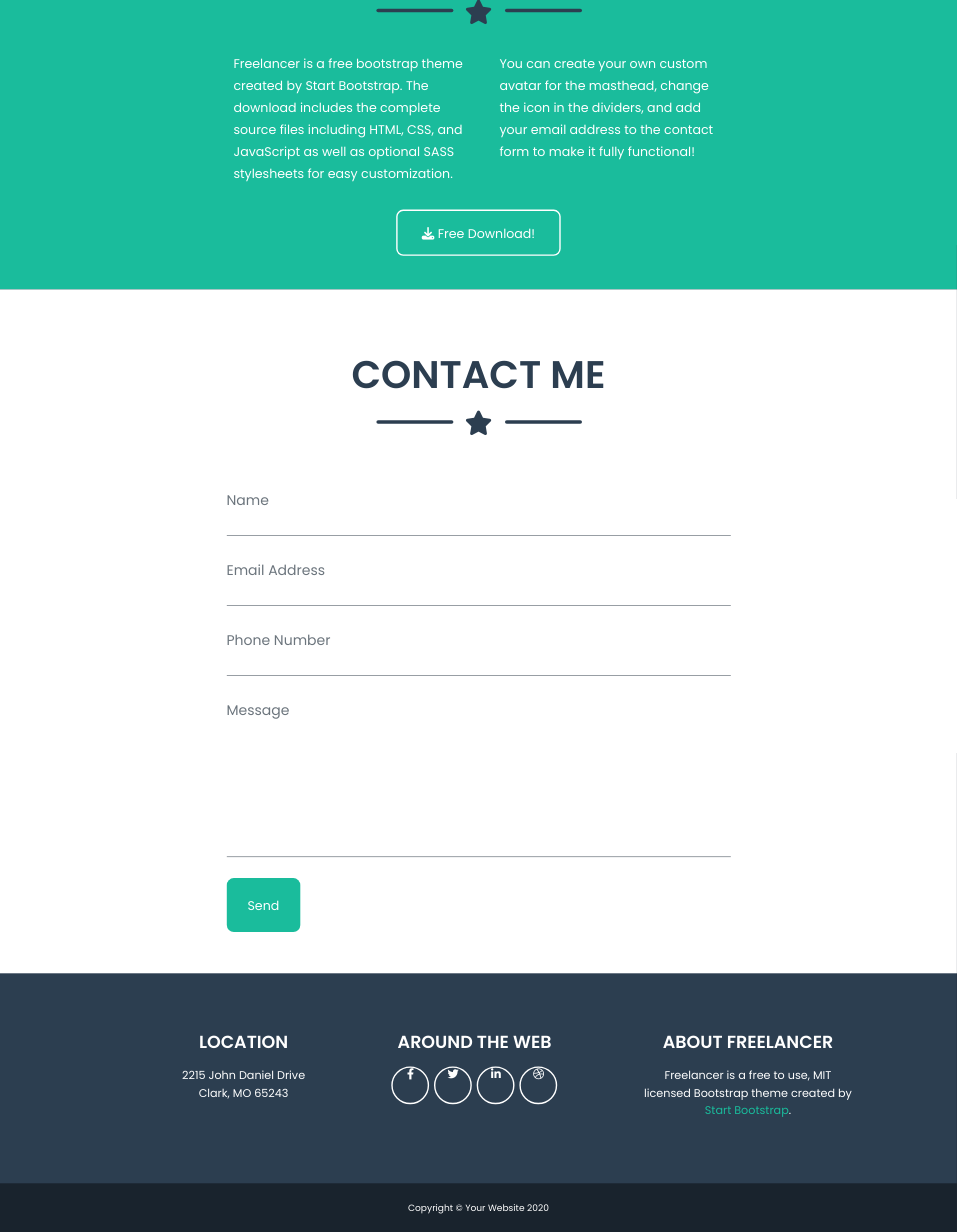
Repository: sSoRaK/web-cut-by-figma_train
Page: bai02/index.html
These files come from the project's save history. The page is drawn as it stood at one moment and after the next save; the edit follows.
The browser window is 1280 px wide. The page is 1367 px wide, so the pictures cover 1367 px, including what lies to the right of the window. The pictures show the part of the page from y = 1829 to 3589 px (the page is 3589 px tall), at 70% of full size.

Above is the page before, as saved 2023-06-02 15:52:40.

### bai02/index.html
<!DOCTYPE html>
<html lang="en">
  <head>
    <meta charset="UTF-8" />
    <meta http-equiv="X-UA-Compatible" content="IE=edge" />
    <meta name="viewport" content="width=device-width, initial-scale=1.0" />
    <title>Start Bootstrap</title>
    <link rel="stylesheet" href="./style.css" />
    <link
      href="https://fonts.googleapis.com/css2?family=Poppins:wght@100;200;300;400;500;600&display=swap"
      rel="stylesheet"
    />
    <link
      rel="stylesheet"
      href="https://cdnjs.cloudflare.com/ajax/libs/font-awesome/6.4.0/css/all.min.css"
      integrity="sha512-iecdLmaskl7CVkqkXNQ/ZH/XLlvWZOJyj7Yy7tcenmpD1ypASozpmT/E0iPtmFIB46ZmdtAc9eNBvH0H/ZpiBw=="
      crossorigin="anonymous"
      referrerpolicy="no-referrer"
    />
  </head>
  <body>
    <div class="container">
      <!-- header menu -->
      <header>
        <div class="header-logo">
          <h2>Start Bootstrap</h2>
        </div>
        <nav>
          <ul>
            <li><a href="#">PORTFOLIO</a></li>
            <li><a href="#">ABOUT</a></li>
            <li><a href="#">CONTACT</a></li>
          </ul>
        </nav>
      </header>
      <!-- header menu -->
      <!-- main -->
      <main>
        <!-- block 01 -->
        <section class="block01 start-bootstrap">
          <img
            src="./resources/avataaars.png"
            alt="avatar"
            srcset="./resources/avataaars.png 2x"
          />
          <h3>START BOOTSTRAP</h3>
          <div class="star-line">
            <i class="fa-solid fa-star"></i>
          </div>
          <p>Graphic Artist - Web Designer - Illustrator</p>
        </section>
        <!-- block 01 -->

        <!-- block 02 -->
        <section class="block02 portfolio">
          <h4>PORTFOLIO</h4>
          <div class="star-line">
            <i class="fa-solid fa-star"></i>
          </div>
          <div class="img-list">
            <img
              src="./resources/cabin.png"
              alt="cabin"
              srcset="./resources/cabin.png 2x"
            />
            <img
              src="./resources/cake.png"
              alt="cake"
              srcset="./resources/cake.png"
            />
            <img
              src="./resources/circus.png"
              alt="circus"
              srcset="./resources/circus.png 2x"
            />
            <img
              src="./resources/game.png"
              alt="game"
              srcset="./resources/game.png 2x"
            />
            <img
              src="./resources/safe.png"
              alt="safe"
              srcset="./resources/safe.png 2x"
            />
            <img
              src="./resources/submarine.png"
              alt="submarine"
              srcset="./resources/submarine.png 2x"
            />
          </div>
        </section>
        <!-- block 02 -->

        <!-- block 03 -->
        <section class="block03 about">
          <h4>ABOUT</h4>
          <div class="star-line">
            <i class="fa-solid fa-star"></i>
          </div>
          <div iv class="content">
            <div class="left-content">
              Freelancer is a free bootstrap theme created by Start Bootstrap.
              The download includes the complete source files including HTML,
              CSS, and JavaScript as well as optional SASS stylesheets for easy
              customization.
            </div>
            <div class="right-content">
              You can create your own custom avatar for the masthead, change the
              icon in the dividers, and add your email address to the contact
              form to make it fully functional!
            </div>
          </div>
          <button><i class="fa-solid fa-download"></i> Free Download!</button>
        </section>
        <!-- block 03 -->

        <!-- block 04 -->
        <section class="block04 contact-me">
          <h4>CONTACT ME</h4>
          <div class="star-line">
            <i class="fa-solid fa-star"></i>
          </div>
          <div class="form">
            <form action="#" method="post">
              <div class="block">
                <label for="name">Name</label>
                <input type="text" name="name" id="name" />
              </div>
              <div class="block">
                <label for="email">Email Address</label>
                <input type="email" name="email" id="email" />
              </div>
              <div class="block">
                <label for="phone-number">Phone Number</label>
                <input type="number" name="phone-number" id="phone-number" />
              </div>
              <div class="block">
                <label for="message">Message</label>
                <textarea
                  name="message"
                  id="message"
                  style="resize: none"
                ></textarea>
              </div>
              <div class="send-btn">
                <input type="submit" value="Send" />
              </div>
            </form>
          </div>
        </section>
        <!-- block 04 -->
      </main>
      <footer>
        <div class="wrapper">
          <div class="col">
            <h5>LOCATION</h5>
            <p>
              2215 John Daniel Drive <br />
              Clark, MO 65243
            </p>
          </div>
          <div class="col">
            <h5>AROUND THE WEB</h5>
            <div class="icon-web">
              <i class="fa-brands fa-facebook-f icon"></i>
              <i class="fa-brands fa-twitter icon"></i>
              <i class="fa-brands fa-linkedin-in icon"></i>
              <i class="fa-brands fa-dribbble icon"></i>
            </div>
          </div>
          <div class="col">
            <h5>ABOUT FREELANCER</h5>
            <p>
              Freelancer is a free to use, MIT <br />
              licensed Bootstrap theme created by <br />
              <span>Start Bootstrap</span>.
            </p>
          </div>
        </div>
        <p class="copyright-footer">Copyright &copy; Your Website 2020</p>
      </footer>
      <!-- main -->
    </div>
  </body>
</html>

### bai02/style.css
* {
  margin: 0;
  padding: 0;
  box-sizing: border-box;
  font-family: "Poppins", sans-serif;
  list-style: none;
  text-decoration: none;
}
body {
  background-color: #0e0e0e;
  height: 2400px;
}
.container {
  position: relative;
  width: 1367px;
  background-color: #2c3e50;
  margin: 0 auto;
}
/* header menu */
header {
  height: 100px;
  color: #ffffff;
  display: flex;
  justify-content: space-between;
  align-items: center;
  margin: 0 155px 0 130px;
}
.header-logo {
  text-transform: uppercase;
  font-weight: 700;
  font-size: 20px;
  cursor: pointer;
}
nav ul {
  display: flex;
  gap: 40px;
}

ul li a {
  color: #ffffff;
  font-weight: 600;
  font-size: 18px;
}
/* header menu */
/* main */

/* block 01 */
.block01 {
  height: 680px;
  background-color: #1abc9c;
  color: #ffffff;
  text-align: center;
  padding: 102px 0;
}
.block01 img {
  width: 250px;
  height: 250px;
  margin-bottom: 30px;
}
.block01 h3 {
  font-size: 65px;
}
.star-line {
  margin-bottom: 20px;
}
.block01 p {
  font-size: 20px;
}
/* block 01 */
/* block 02 */
.block02 {
  height: 852px;
  background-color: #ffffff;
  color: #ffffff;
  padding: 80px 0;
}
.block02 h4,
.block03 h4,
.block04 h4 {
  text-align: center;
  color: #2c3e50;
  font-size: 55px;
  margin-bottom: 10px;
}
/* làm star line */
.star-line {
  position: relative;
  color: #2c3e50;
  text-align: center;
}
.fa-star {
  font-size: 35px;
}
.star-line::before {
  position: absolute;
  content: "";
  width: 110px;
  height: 5px;
  bottom: 50%;
  left: 50%;
  background-color: #2c3e50;
  transform: translateX(-133%);
  border-radius: 10px;
}
.star-line::after {
  position: absolute;
  content: "";
  width: 110px;
  height: 5px;
  bottom: 50%;
  right: 50%;
  background-color: #2c3e50;
  transform: translateX(134%);
  border-radius: 10px;
}
/* phần image list */
.img-list {
  display: grid;
  grid-template-rows: repeat(2, 240px);
  grid-template-columns: repeat(3, 330px);
  gap: 48px;
  margin: 32px 138px 0 138px;
}
.img-list img {
  width: 330px;
  height: 240px;
  object-fit: contain;
  border-radius: 10px;
}
/* block 02 */

/* block 03 */
.block03 {
  height: 610px;
  background-color: #1abc9c;
  text-align: center;
  padding: 102px 0;
}
.block03 h4 {
  color: #ffffff;
}
.content {
  display: flex;
  width: 700px;
  height: 180px;
  margin: 38px auto 45px auto;
  column-gap: 50px;
  color: #ffffff;
}
.left-content,
.right-content {
  font-size: 18px;
  line-height: 1.75em;
  text-align: left;
}
.left-content {
  width: 330px;
}
.right-content {
  width: 320px;
}
/* button */
.block03 button {
  width: 235px;
  height: 66px;
  background-color: transparent;
  border: 2px solid #ffffff;
  border-radius: 10px;
  color: #ffffff;
  cursor: pointer;
  font-size: 18px;
}
/* block 03 */

/* block 04 */
.block04 {
  height: 977px;
  background-color: #fff;
  padding: 80px 0;
}
.form {
  width: 720px;
  height: 610px;
  margin: 75px auto;
}
.block {
  width: 100%;
  height: 65px;
  margin-bottom: 20px;
}
.block:not(:first-child) {
  margin-top: 35px;
}
.block label {
  color: #6c757d;
  font-size: 20px;
}
.block input,
.block #message {
  display: block;
  width: 100%;
  border: none;
  border-bottom: 1.5px solid #6c757d;
  margin-top: 15px;
}
.block textarea {
  height: 180px;
}
.send-btn {
  margin-top: 190px;
  width: 100px;
  height: 68px;
}
.send-btn input {
  font-size: 18px;
  border: none;
  color: #fff;
  background-color: #1abc9c;
  padding: 25px 30px;
  border-radius: 10px;
  cursor: pointer;
}
/* block 04 */
/* main */

/* footer */
footer {
  height: 290px;
}
.wrapper {
  display: flex;
  justify-content: space-between;
  margin: 80px 150px 0 150px;
  padding-left: 110px;
  text-align: center;
  color: #fff;
}
.col h5 {
  font-size: 25px;
}
.col p,
.col .icon-web {
  margin-top: 15px;
}
.icon {
  width: 54px;
  height: 54px;
  border: 2px solid #fff;
  border-radius: 50%;
}
.icon-web {
  display: flex;
  gap: 7px;
  justify-content: space-between;
}
.col p span {
  color: #1abc9c;
  cursor: pointer;
}
/* copyright footer */
footer .copyright-footer {
  position: absolute;
  height: 70px;
  width: 100%;
  color: #fff;
  background-color: #19232d;
  bottom: 0;
  left: 0;
  display: flex;
  align-items: center;
  justify-content: center;
  font-size: 13px;
}
/* footer */

After the next save:
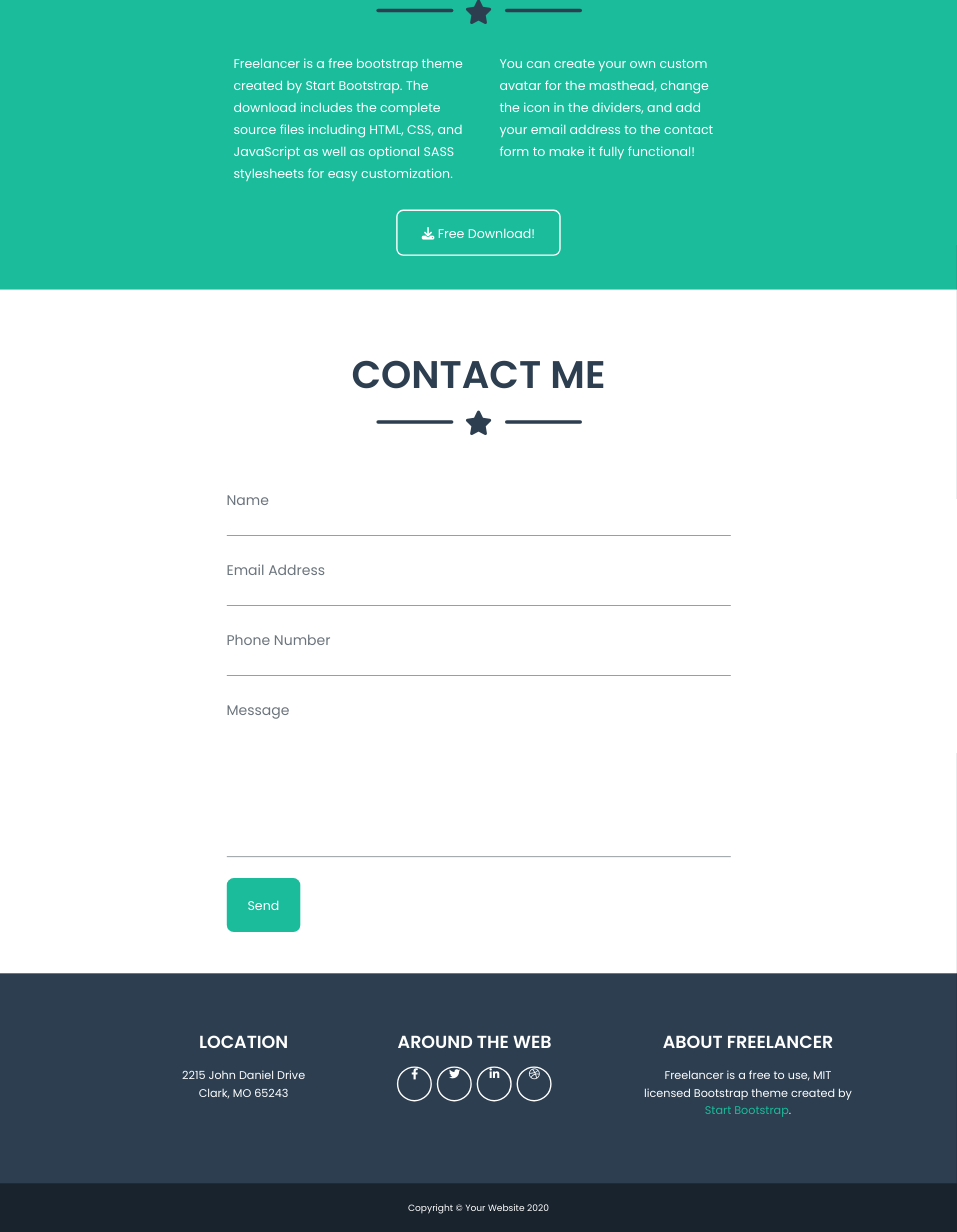
Saved 9 s later.
--- a/bai02/style.css
+++ b/bai02/style.css
@@ -243,8 +243,8 @@ footer {
   margin-top: 15px;
 }
 .icon {
-  width: 54px;
-  height: 54px;
+  width: 50px;
+  height: 50px;
   border: 2px solid #fff;
   border-radius: 50%;
 }
